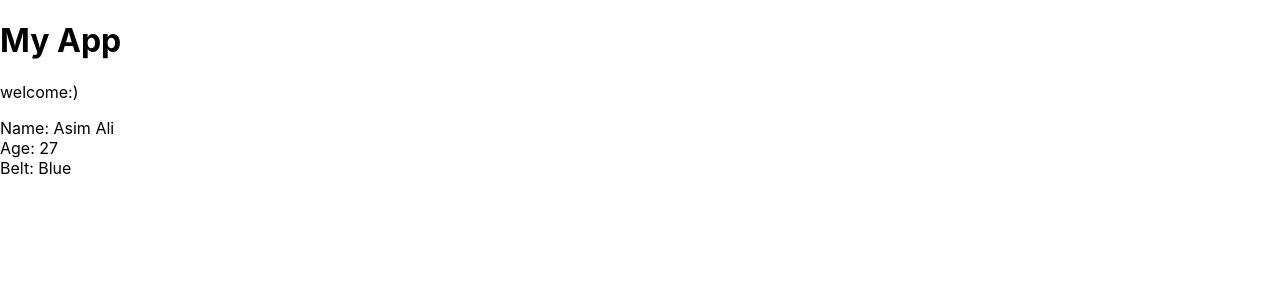
Repository: ejazsidhu/reactJSPrecticeNinja
Page: /
These files come from the project's save history. The page is drawn as it stood at one moment and after the next save; the edit follows.
The browser window is 1280 px wide. The pictures show the whole page.
The project was rebuilt for these pictures with package versions that can differ from the ones it lists, and the page was loaded fresh each time.

Above is the page before, as saved 2020-04-10 18:28:07.

After the next save:
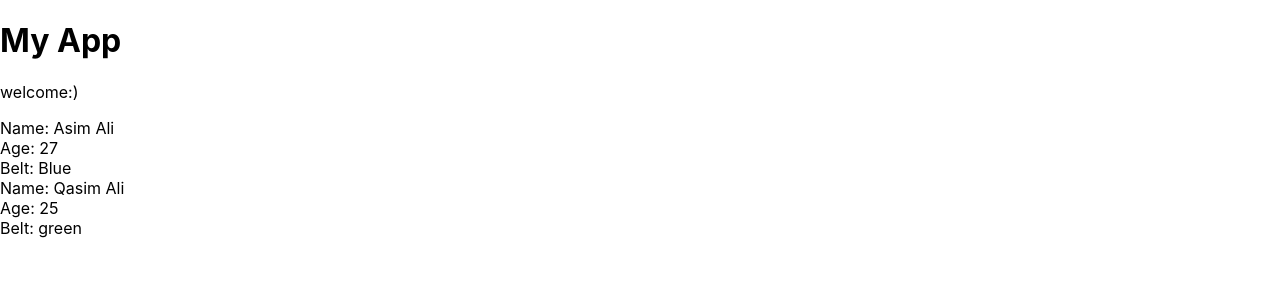
Saved 27 s later.
--- a/src/App.js
+++ b/src/App.js
@@ -8,6 +8,8 @@ class App extends React.Component {
     <h1>My App</h1>
     <p>welcome:)</p>
     <Ninjas name="Asim Ali" age="27" belt="Blue"/>
+    <Ninjas name="Qasim Ali" age="25" belt="green"/>
+
       </div>
     );
   }
